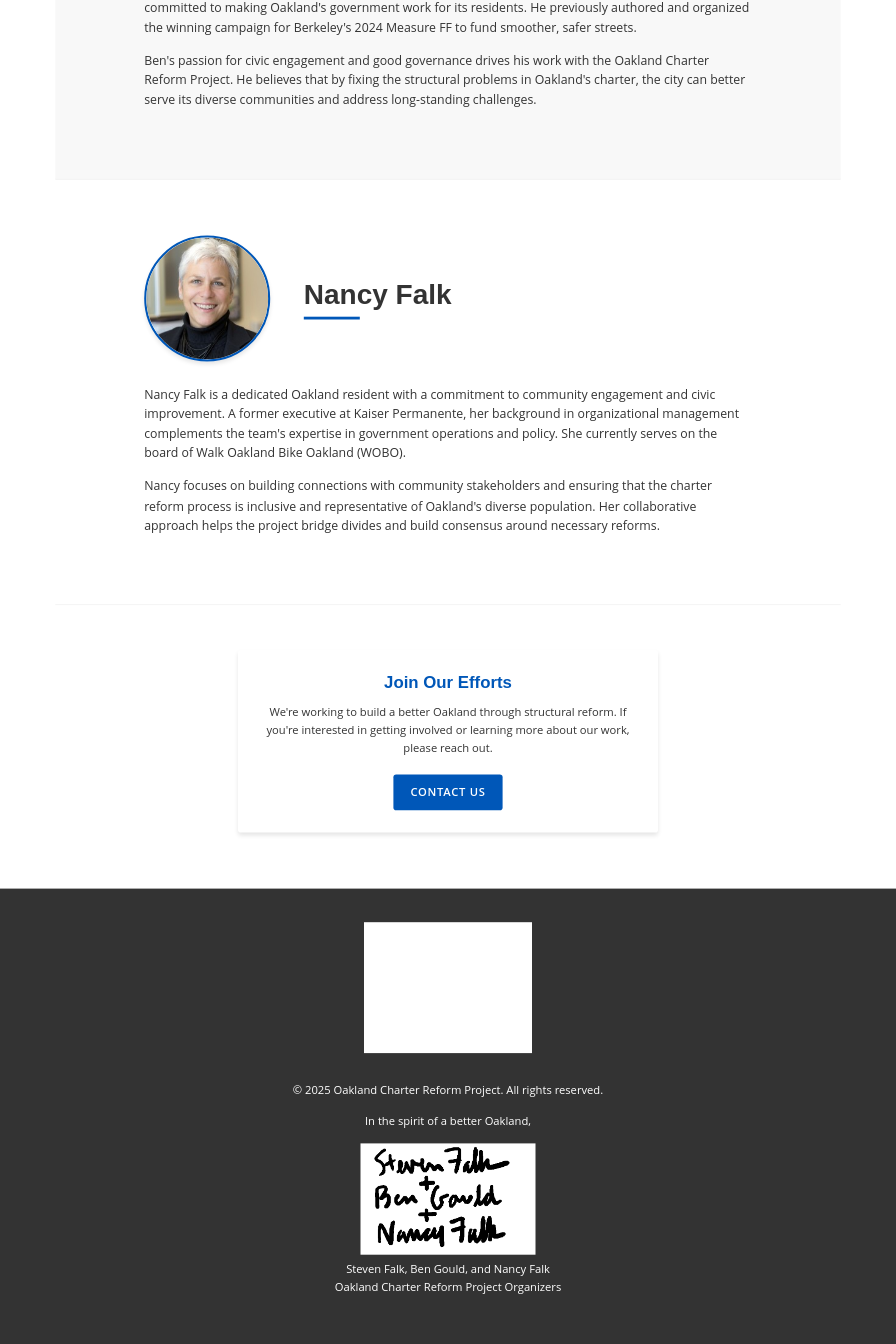
Repository: bgould132/oaklandcharterreform
Page: about.html
These files come from the project's save history. The page is drawn as it stood at one moment and after the next save; the edit follows.
The browser window is 1280 px wide. The pictures show the part of the page from y = 1378 to 3298 px (the page is 3298 px tall before and 3170 px after), at 70% of full size.

Above is the page before, as saved 2025-04-08 10:53:03.

After the next save:
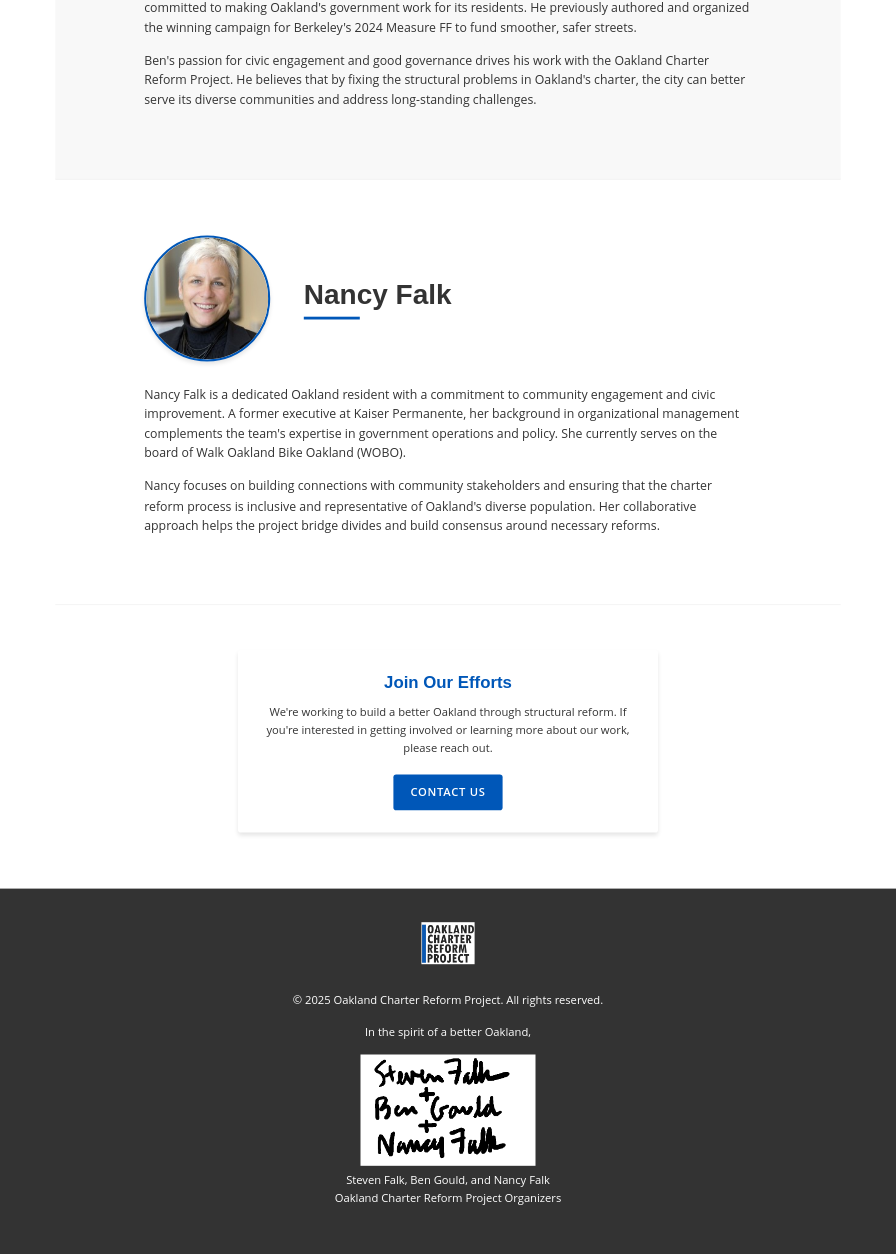
Saved 48 s later.
--- a/about.html
+++ b/about.html
@@ -116,8 +116,10 @@
     <footer>
         <div class="container">
             <div class="footer-content">
-                <div class="footer-logo">
-                    <img src="images/logo/OCRP logo design.jpg" alt="Oakland Charter Reform Project Logo" width="240">
+                <div class="logo">
+                    <a href="index.html" aria-label="Oakland Charter Reform Project Home">
+                        <img src="images/logo/OCRP logo design.jpg" alt="Oakland Charter Reform Project Logo">
+                    </a>
                 </div>
                 <div class="footer-text">
                     <p>&copy; 2025 Oakland Charter Reform Project. All rights reserved.</p>
